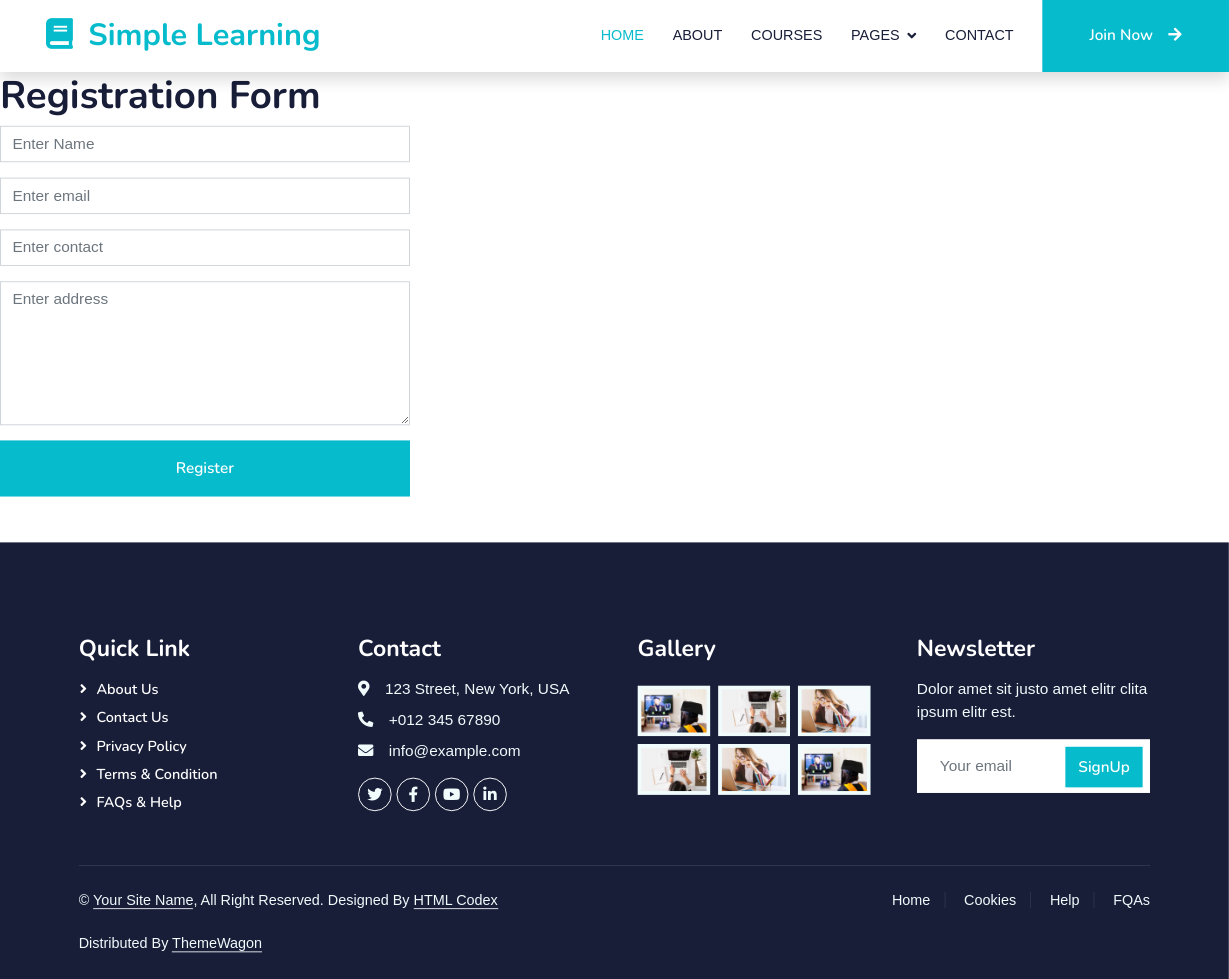
Repository: Arumugam2002/ARUMUGAM-TOPS-DAILY-TASKS
Page: http://localhost/register
These files come from the project's save history. The page is drawn as it stood at one moment and after the next save; the edit follows.
The browser window is 1280 px wide. The pictures show the whole page, at 96% of full size.
Some web fonts or font styles are not loaded; a fallback is used. Some web libraries are served in a nearby version. The page is this project's Thymeleaf template; nobody is signed in. The template is opened directly, without the code that normally fills it, so the values that code supplies are empty.

Above is the page before, as saved 2024-07-16 09:19:25.

After the next save:
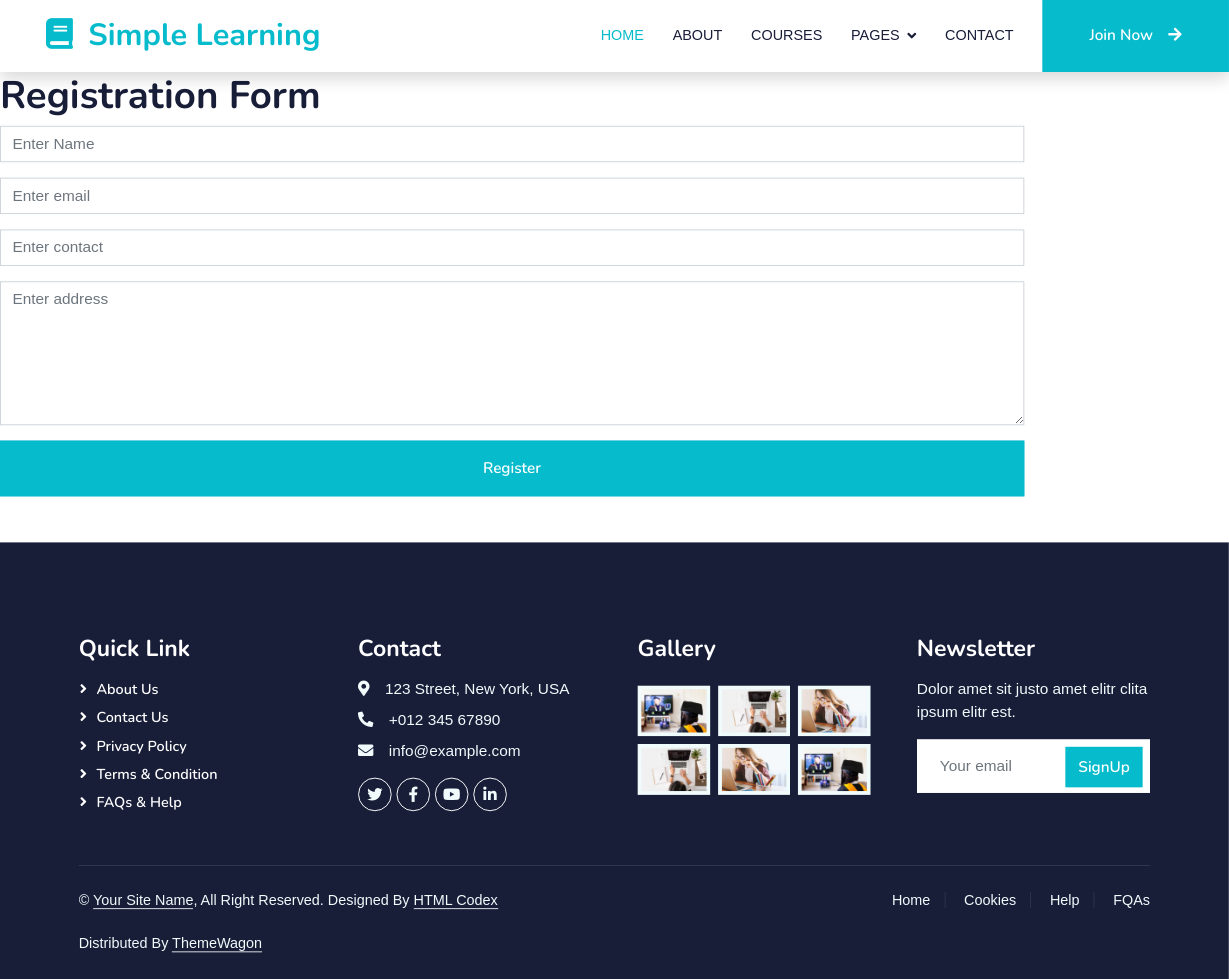
Saved 10 s later.
--- a/Java SpringBoot/Spring_Eclipse/SpringwithTemplate/src/main/resources/templates/register.html
+++ b/Java SpringBoot/Spring_Eclipse/SpringwithTemplate/src/main/resources/templates/register.html
@@ -10,7 +10,7 @@
 
 	<h1>Registration Form</h1>
 
-	<div class="col-lg-4 col-md-12 wow fadeInUp">
+	<div class="col-lg-10 col-md-12 wow fadeInUp">
 
 		<form action="/add" method="post">
 			<div class="row g-3">

After the save that followed:
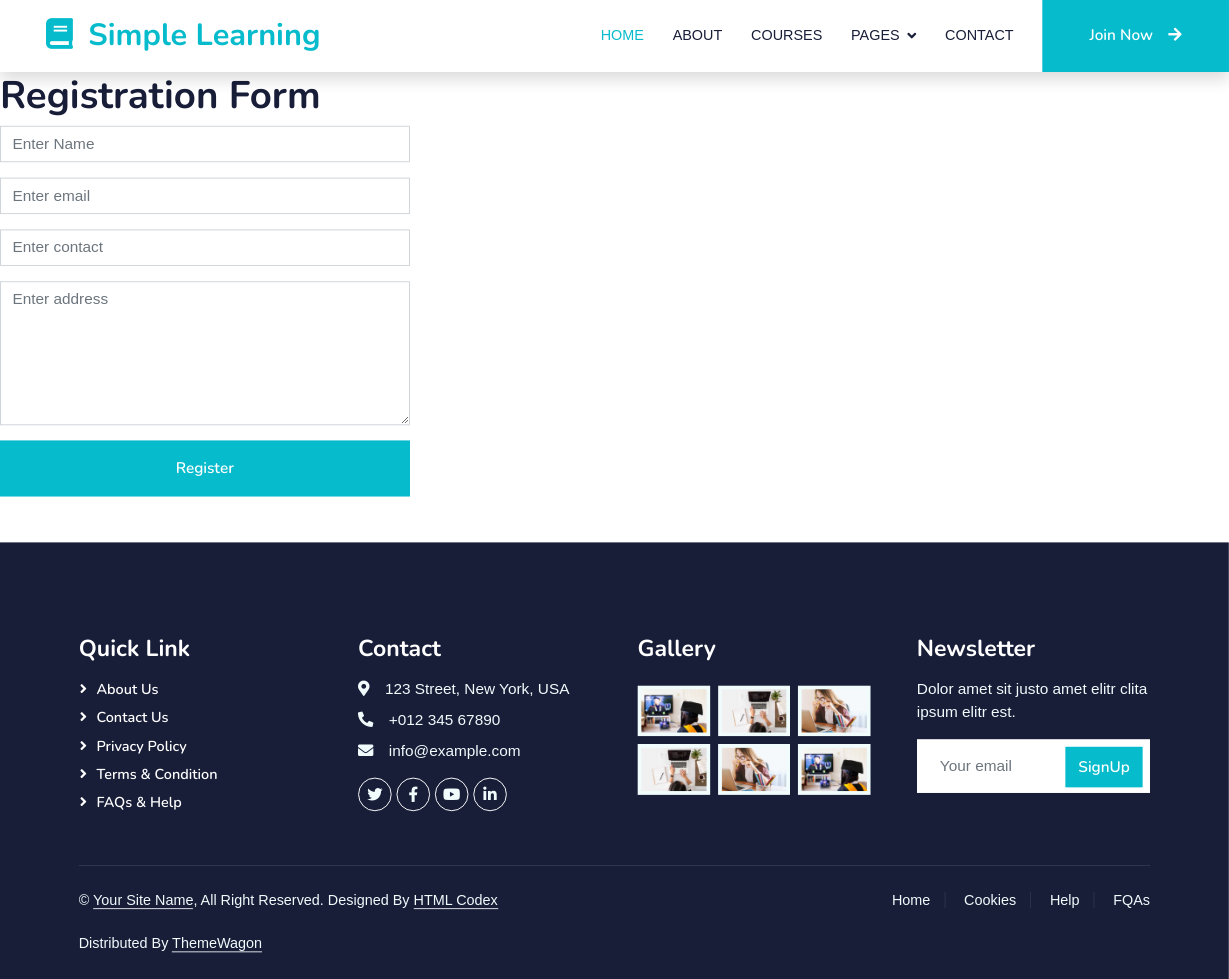
Saved 11 s later.
--- a/Java SpringBoot/Spring_Eclipse/SpringwithTemplate/src/main/resources/templates/register.html
+++ b/Java SpringBoot/Spring_Eclipse/SpringwithTemplate/src/main/resources/templates/register.html
@@ -10,7 +10,7 @@
 
 	<h1>Registration Form</h1>
 
-	<div class="col-lg-10 col-md-12 wow fadeInUp">
+	<div class="col-lg-4 col-md-30 wow fadeInUp">
 
 		<form action="/add" method="post">
 			<div class="row g-3">
